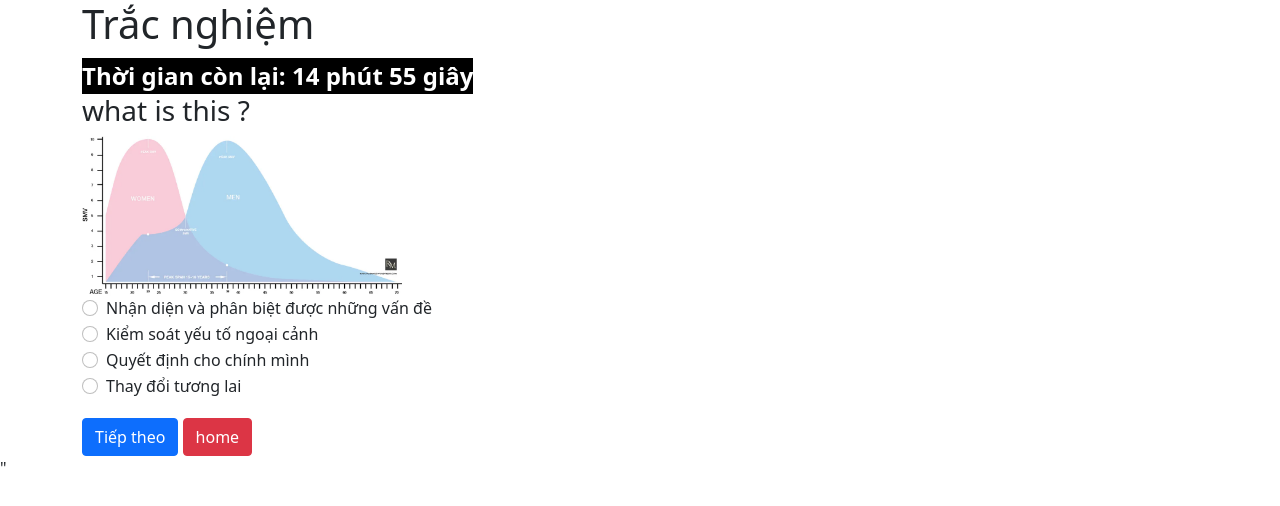
Repository: tran-thien-nhan/quiz_tlln
Page: men_advantage_quiz.html
These files come from the project's save history. The page is drawn as it stood at one moment and after the next save; the edit follows.
The browser window is 1280 px wide. The pictures show the whole page.

Above is the page before, as saved 2023-06-25 19:23:44.

### men_advantage_quiz.html
<!DOCTYPE html>
<html lang="en">

<head>
    <meta charset="UTF-8">
    <meta name="viewport" content="width=device-width, initial-scale=1.0">
    <title>Trắc nghiệm</title>
    <link rel="stylesheet" href="https://cdnjs.cloudflare.com/ajax/libs/bootstrap/5.0.2/css/bootstrap.min.css">
    <style>
        .question {
            margin-bottom: 20px;
        }
    </style>
</head>

<body>
    <div class="container">
        <h1>Trắc nghiệm</h1>
        <div id="timeclock"></div>
        <div class="question" id="questionContainer">
            <h3 id="question"></h3>
            <img src="" alt="" id="image" style="display: none; width: 20rem; height: 10rem;"> <!-- Thêm thẻ <img> để hiển thị hình ảnh -->
            <div class="form-check">
                <input class="form-check-input" type="radio" name="answer" id="answer1">
                <label class="form-check-label" for="answer1" id="answerText1"></label>
            </div>
            <div class="form-check">
                <input class="form-check-input" type="radio" name="answer" id="answer2">
                <label class="form-check-label" for="answer2" id="answerText2"></label>
            </div>
            <div class="form-check">
                <input class="form-check-input" type="radio" name="answer" id="answer3">
                <label class="form-check-label" for="answer3" id="answerText3"></label>
            </div>
            <div class="form-check">
                <input class="form-check-input" type="radio" name="answer" id="answer4">
                <label class="form-check-label" for="answer4" id="answerText4"></label>
            </div>
            <span id="result"></span>
        </div>

        <button class="btn btn-primary" id="nextButton">Tiếp theo</button>
        <span id="score"></span>
        <a href="index.html" class="btn btn-danger" id="home">home</a>
    </div>

    <!-- Modal -->
    <div class="modal fade" id="myModal" tabindex="-1" aria-labelledby="exampleModalLabel" aria-hidden="true">
        <div class="modal-dialog">
            <div class="modal-content">
                <div class="modal-header">
                    <h5 class="modal-title" id="exampleModalLabel">Thông báo</h5>
                    <button type="button" class="btn-close" data-bs-dismiss="modal" aria-label="Close"></button>
                </div>
                <div class="modal-body">
                    Bạn có 15 phút để làm trắc nghiệm.
                </div>
            </div>
        </div>
    </div>

    <script src="https://cdnjs.cloudflare.com/ajax/libs/bootstrap/5.0.2/js/bootstrap.bundle.min.js"></script>
    <script>
        // Đọc câu hỏi từ tệp JSON
        fetch("men_advantage.json")
            .then(response => response.json())
            .then(data => {
                const questions = data.questions;

                // Lấy ngẫu nhiên 20 câu hỏi
                const randomQuestions = getRandomElements(questions, 3);

                let currentQuestionIndex = 0;
                let score = 0;
                let timeRemaining = 900; // 15 phút * 60 giây = 900 giây

                const questionContainer = document.getElementById("questionContainer");
                const questionElement = document.getElementById("question");
                const imageElement = document.getElementById("image");
                const answerTextElements = [
                    document.getElementById("answerText1"),
                    document.getElementById("answerText2"),
                    document.getElementById("answerText3"),
                    document.getElementById("answerText4")
                ];
                const resultElement = document.getElementById("result");
                const nextButton = document.getElementById("nextButton");
                const scoreElement = document.getElementById("score");

                // Cập nhật câu hỏi và câu trả lời
                function updateQuestion() {
                    const question = randomQuestions[currentQuestionIndex];
                    questionElement.textContent = question.question;
                    resultElement.textContent = "";

                    // Kiểm tra xem câu hỏi có hình ảnh hay không
                    if (question.hasOwnProperty("image") && question.image !== "") {
                        imageElement.style.display = "block"; // Hiển thị thẻ <img>
                        imageElement.src = question.image; // Đặt đường dẫn hình ảnh
                    } else {
                        imageElement.style.display = "none"; // Ẩn thẻ <img> nếu không có hình ảnh
                    }

                    for (let i = 0; i < answerTextElements.length; i++) {
                        answerTextElements[i].textContent = question.choices[i];
                    }
                }

                // Kiểm tra câu trả lời
                function checkAnswer() {
                    const question = randomQuestions[currentQuestionIndex];
                    const selectedAnswer = document.querySelector('input[name="answer"]:checked');

                    if (selectedAnswer) {
                        const selectedAnswerText = selectedAnswer.nextElementSibling.textContent;

                        if (selectedAnswerText === question.correctAnswer) {
                            score += 1;
                            resultElement.textContent = "Đúng";
                            resultElement.style.color = "green";
                        } else {
                            resultElement.textContent = "Sai";
                            resultElement.style.color = "red";
                        }

                        setTimeout(() => {
                            currentQuestionIndex++;

                            if (currentQuestionIndex < randomQuestions.length) {
                                updateQuestion();
                                selectedAnswer.checked = false;
                                nextButton.disabled = true;
                                setTimeout(() => {
                                    nextButton.disabled = false;
                                }, 200);
                            } else {
                                clearInterval(timerInterval);
                                questionContainer.style.display = "none";
                                nextButton.style.display = "none";
                                const finalScore = (score / randomQuestions.length) * 10;
                                scoreElement.textContent = `Tổng điểm: ${finalScore.toFixed(1)}`;
                                scoreElement.style.display = "block";
                                scoreElement.style.fontWeight = "bold";

                                if (finalScore > 5) {
                                    scoreElement.style.color = "green"; // Màu xanh lá cây nếu tổng điểm lớn hơn 5
                                } else {
                                    scoreElement.style.color = "red"; // Màu đỏ nếu tổng điểm nhỏ hơn hoặc bằng 5
                                }

                                scoreElement.style.fontSize = "2rem";

                                if (timeRemaining === 0) {
                                    questionContainer.style.display = "none";
                                    nextButton.style.display = "none";
                                } else {
                                    questionContainer.style.display = "none";
                                    nextButton.style.display = "none";
                                    const minutes = Math.floor((15 * 60 - timeRemaining) / 60);
                                    const seconds = (15 * 60 - timeRemaining) % 60;
                                    timerElement.textContent = `Bạn đã làm xong trong: ${minutes} phút ${seconds} giây`;
                                    timerElement.style.backgroundColor = "white";
                                    timerElement.style.color = "black";
                                }
                            }
                        }, 200);
                    }
                }

                // Xử lý sự kiện khi nhấn nút "Tiếp theo"
                nextButton.addEventListener("click", () => {
                    checkAnswer();
                });

                // Bắt đầu trắc nghiệm
                updateQuestion();

                // Đồng hồ đếm ngược
                const timerElement = document.createElement("div");
                timerElement.style.fontSize = "24px";
                timerElement.style.fontWeight = "bold";
                timerElement.style.marginTop = "10px";
                timerElement.style.textAlign = "center";
                timerElement.style.color = "white";
                timerElement.style.backgroundColor = "black";
                timerElement.style.width = "fit-content";
                timeclock.appendChild(timerElement);

                const timerInterval = setInterval(() => {
                    timeRemaining--;
                    const minutes = Math.floor(timeRemaining / 60);
                    const seconds = timeRemaining % 60;
                    timerElement.textContent = `Thời gian còn lại: ${minutes} phút ${seconds} giây`;

                    if (timeRemaining === 0) {
                        clearInterval(timerInterval);
                        questionContainer.style.display = "none";
                        nextButton.style.display = "none";
                        const finalScore = (score / randomQuestions.length) * 10;
                        scoreElement.textContent = `Tổng điểm: ${finalScore.toFixed(1)}`;
                        scoreElement.style.display = "block";
                        scoreElement.style.fontWeight = "bold";
                        scoreElement.style.color = "red";
                        scoreElement.style.fontSize = "2rem";
                    }
                }, 1000);

                // Hiển thị modal thông báo
                const modal = new bootstrap.Modal(document.getElementById("myModal"));
                modal.show();

                // Tự động đóng modal sau 3 giây
                setTimeout(() => {
                    modal.hide();
                }, 3000);
            })
            .catch(error => {
                console.error("Error:", error);
            });

        // Hàm lấy ngẫu nhiên các phần tử từ một mảng
        function getRandomElements(array, numElements) {
            const shuffledArray = array.sort(() => Math.random() - 0.5);
            return shuffledArray.slice(0, numElements);
        }
    </script>
</body>

</html>"

### men_advantage.json
{
    "questions": [
        {
            "question": "what is this ?",
            "image": "img/men_advantage/smv.webp",
            "choices": [
                "Nhận diện và phân biệt được những vấn đề",
                "Kiểm soát yếu tố ngoại cảnh",
                "Quyết định cho chính mình",
                "Thay đổi tương lai"
            ],
            "correctAnswer": "Nhận diện và phân biệt được những vấn đề"
        }
    ]
}

After the next save:
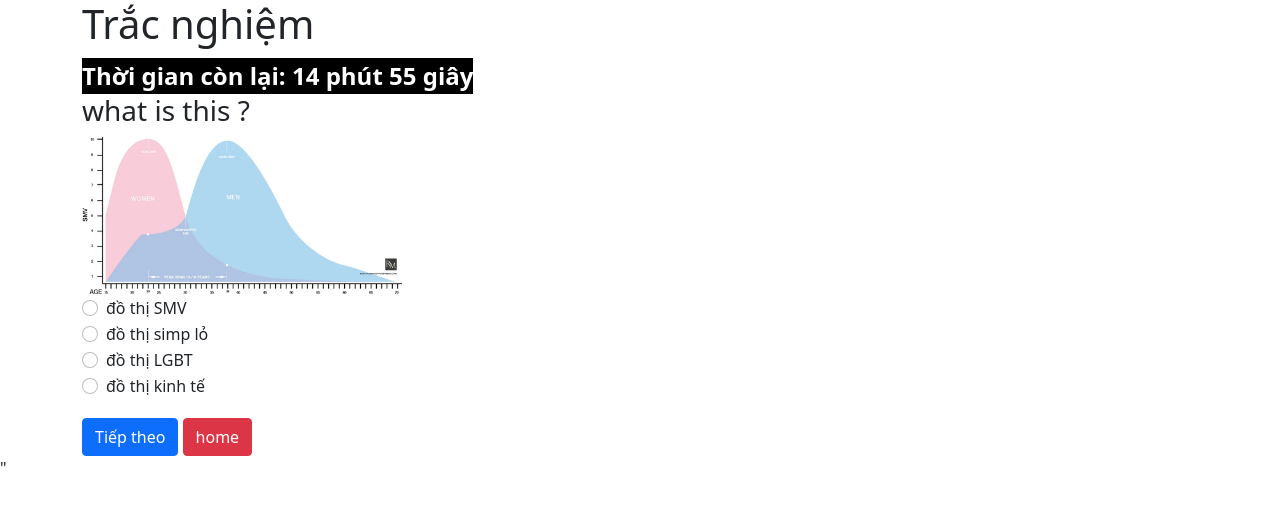
Saved 67 s later.
--- a/men_advantage.json
+++ b/men_advantage.json
@@ -4,12 +4,12 @@
             "question": "what is this ?",
             "image": "img/men_advantage/smv.webp",
             "choices": [
-                "Nhận diện và phân biệt được những vấn đề",
-                "Kiểm soát yếu tố ngoại cảnh",
-                "Quyết định cho chính mình",
-                "Thay đổi tương lai"
+                "đồ thị SMV",
+                "đồ thị simp lỏ",
+                "đồ thị LGBT",
+                "đồ thị kinh tế"
             ],
-            "correctAnswer": "Nhận diện và phân biệt được những vấn đề"
+            "correctAnswer": "đồ thị SMV"
         }
     ]
 }
